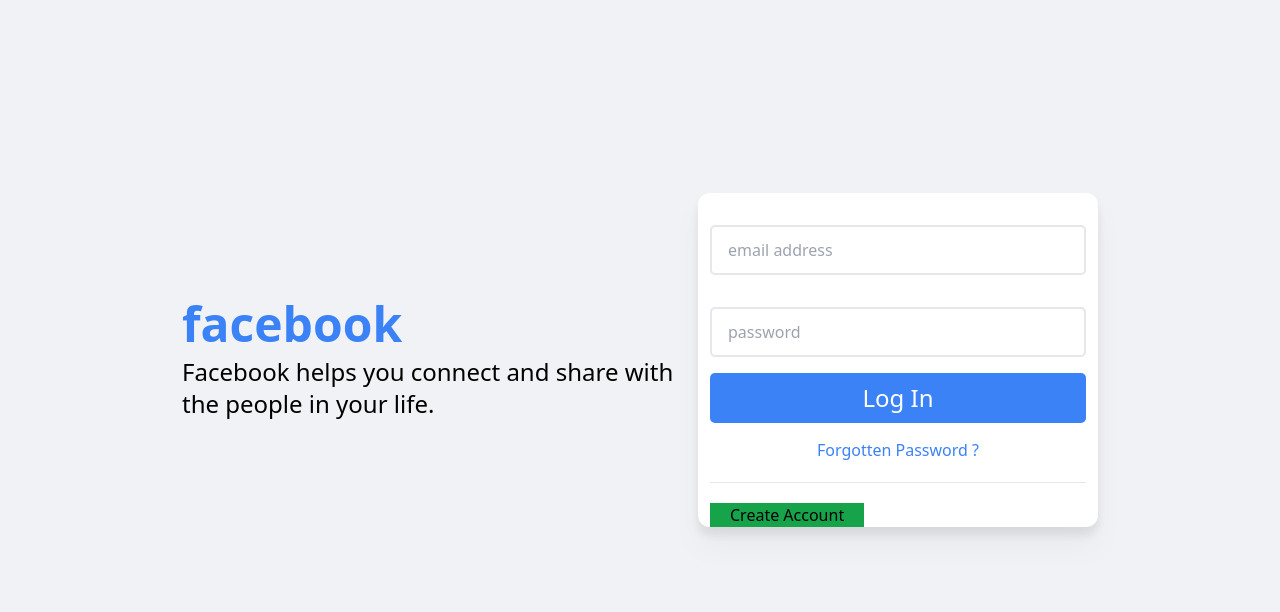
Repository: SOG-web/facebook-clone-react
Page: /
These files come from the project's save history. The page is drawn as it stood at one moment and after the next save; the edit follows.
The browser window is 1280 px wide. The pictures show the whole page.
The page's requests for data from a server got no answer. Some web libraries are served in a nearby version. The project was rebuilt for these pictures with package versions that can differ from the ones it lists, and the page was loaded fresh each time. No one was signed in, and anything a server would have sent is missing. Also part of the build but not shown: src/components/navbar.jsx.

Above is the page before, as saved 2022-08-31 14:25:47.

After the next save:
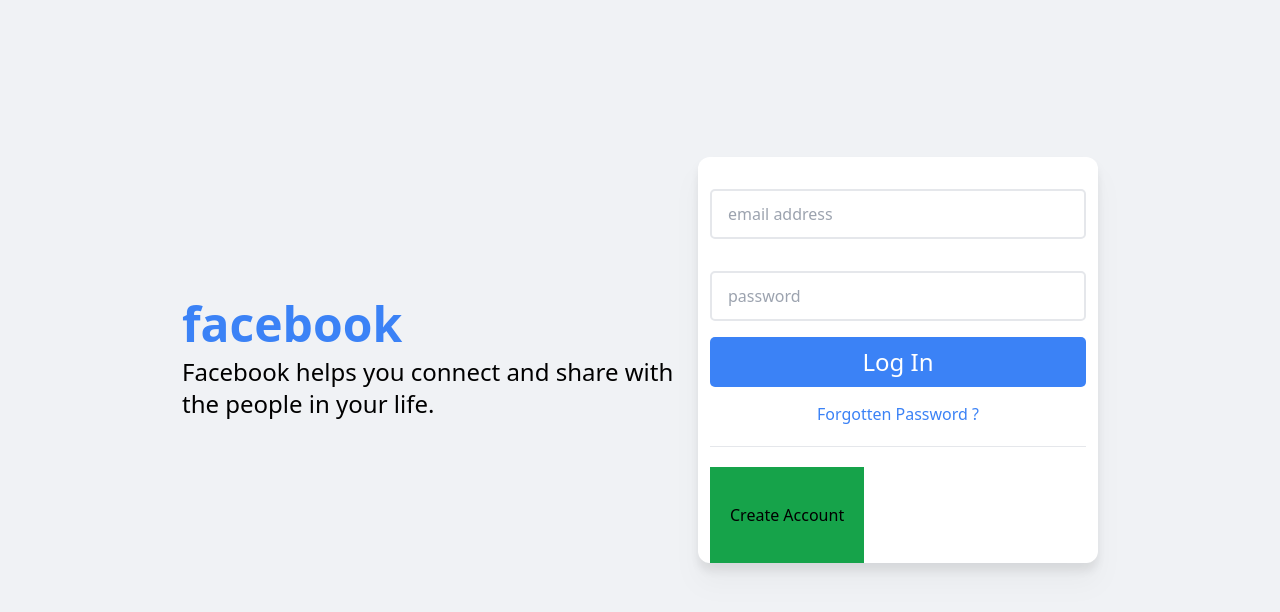
Saved 17 s later.
--- a/src/pages/Login.jsx
+++ b/src/pages/Login.jsx
@@ -92,7 +92,7 @@
             forgotten password ?
           </p>
           <hr className='bg-black h-[1px] mt-5 mb-5' />
-          <button className=' bg-green-600 px-5'>Create Account</button>
+          <button className=' bg-green-600 px-5 py-9'>Create Account</button>
         </div>
       </div>
     </div>
